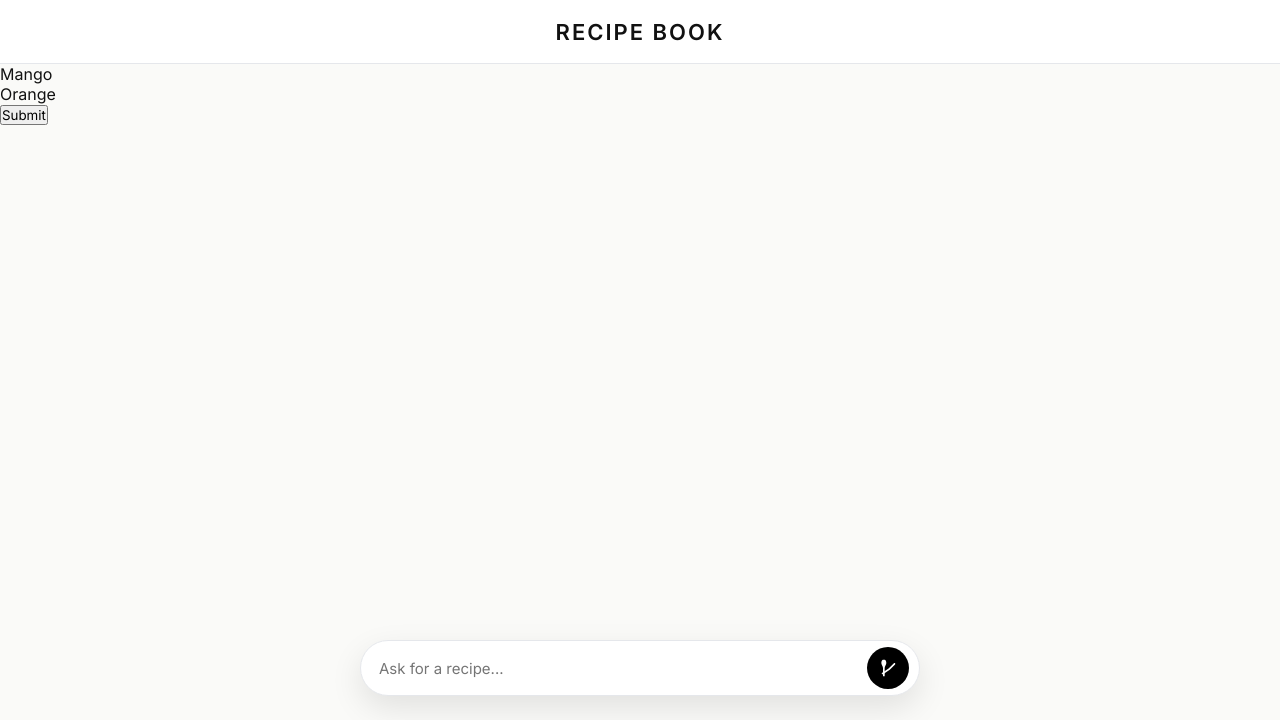
Repository: Tanvir0072309/Recipe-App
Page: /
An editor plug-in stored every save of this project. The page is shown before and after a run of saves, followed by the edit.
The browser window is 1280 px wide. The pictures show the whole page.
The project was rebuilt for these pictures with package versions that can differ from the ones it lists, and the page was loaded fresh each time. Also part of the build but not shown: vite.config.js.

Above is the page before, as saved 2026-01-24 15:36:26.

After the next 4 saves:
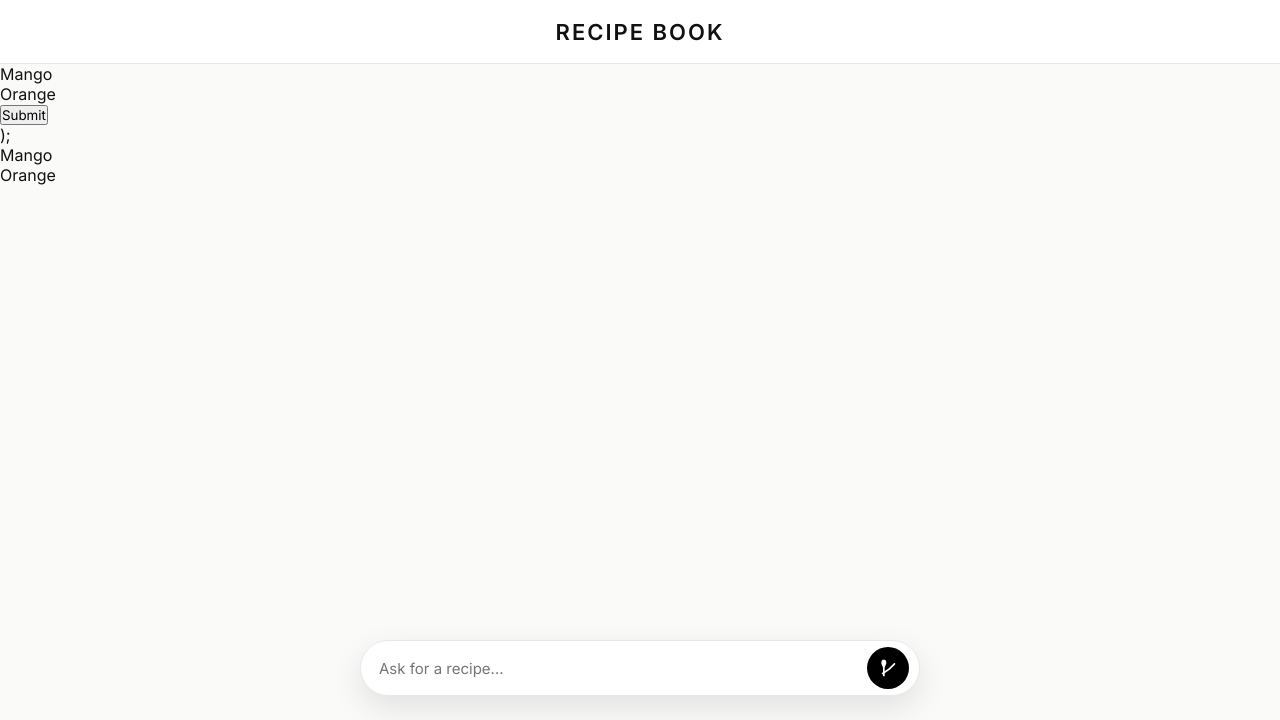
The 4 saves are shown as one change because 1 did not build or start and some came seconds apart.
The last was saved 32 s later.
--- a/src/components/RecipeInput.jsx
+++ b/src/components/RecipeInput.jsx
@@ -16,7 +16,7 @@ export function RecipeInput() {
     ));
 
     return (
-
+        <>
         <div className="floating-input">
             <input
                 type="text"
@@ -46,5 +46,8 @@ export function RecipeInput() {
                 </svg>
             </button>
         </div>
+            );
+            <ul>{myingrediants}</ul>
+        </>
     );
 }
